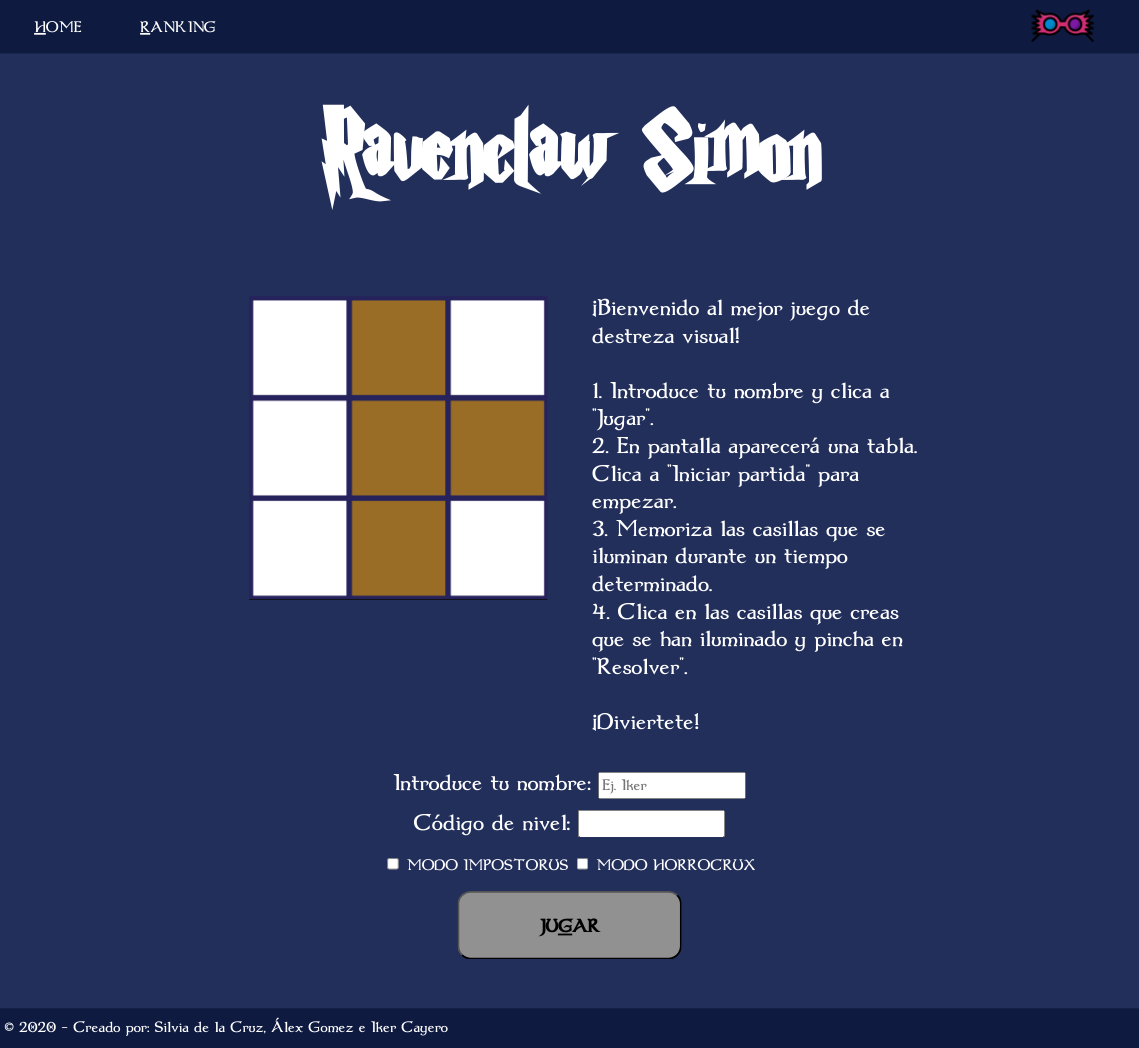
Repository: alexgomezdev/RavenclawSimon
Page: http://localhost/
These files come from the project's save history. The page is drawn as it stood at one moment and after the next save; the edit follows.
The browser window is 1280 px wide. The pictures show the whole page, at 89% of full size.
Some web libraries are served in a nearby version. The page is run by PHP 8.4 with error messages shown; the project is at /var/www/html/.

Above is the page before, as saved 2020-11-10 19:56:25.

### index.php
<!DOCTYPE html>
<html>
<?php
session_start();
?>
<head>
    <meta charset="UTF-8">
    <meta name="viewport" content="width=device-width, initial-scale=1.0">
    <title>Ravenclaw Simon</title>
    <link rel="stylesheet" href="templates/general.css">
    <link rel="stylesheet" href="templates/index.css">
    <script src="https://kit.fontawesome.com/74ec47558a.js" crossorigin="anonymous"></script>
    <audio id="start" src="templates/assets/audio/Harry potter.mp3" autoplay></audio>
    <script src="js/colorblind_home.js"></script>
</head>
<body id="body" <?php if (isset($_SESSION['colorblind-data']) && $_SESSION['colorblind-data'] == "True") {
            echo "class = 'body-blindcolor'";
        } else {
            echo "class = 'body'";
        } ?>>
    <header id="header" <?php if (isset($_SESSION['colorblind-data']) && $_SESSION['colorblind-data'] == "True") {
            echo "class = 'header-blindcolor'";
        } else {
            echo "class = 'header'";
        } ?>>
        <div id="home_link_div">
            <a href="index.php" id="home_link" accesskey="h"><underline class='accesskey'>H</underline>OME</a>
        </div>
        <div id="ranking_link_div">
            <a href="ranking.php" id="ranking_link" accesskey="r"><underline class='accesskey'>R</underline>ANKING</a>
        </div>
        <div class="colorblind_button_div" title="MODO DALTÓNICO" onclick="click_colorblind()">
            <img src="templates/assets/icono_daltonico.png" alt="Modo daltónico" id="colorblind_icon">
        </div>
    </header>
    <main>
        <div id="title">
            <h1>Ravenclaw Simon</h1>
        </div>
        <div class="container">
            <div id="img_home_div">
                <img src="templates/assets/home_img.png" alt="Simon Game">
            </div>
            <div id="manual">
                <p id="manual_paragraph">
                    ¡Bienvenido al mejor juego de destreza visual!
                    <br>
                    <br>
                    1. Introduce tu nombre y clica a "Jugar".
                    <br>
                    2. En pantalla aparecerá una tabla. Clica a "Iniciar partida" para empezar.
                    <br>
                    3. Memoriza las casillas que se iluminan durante un tiempo determinado.
                    <br>
                    4. Clica en las casillas que creas que se han iluminado y pincha en "Resolver".
                    <br>
                    <br>
                    ¡Diviertete!
                </p>
            </div>
        </div>
        <form method="POST" action="start.php">
            <div id="name_introduction">
                <?php
                if (isset($_SESSION['user'])) {
                    echo "<label for='username'>Introduce tu nombre: </label><input type='text' id='username' name='username' placeholder='Ej. Iker' value='" . $_SESSION['user'] . "' required oninvalid='this.setCustomValidity(\"Introduce un nombre\")' onchange='this.setCustomValidity(\"\")'>";
                } else {
                    echo '<label for="username">Introduce tu nombre: </label><input type="text" id="username" name="username" placeholder="Ej. Iker" required oninvalid="this.setCustomValidity(\'Introduce un nombre\')" onchange="this.setCustomValidity(\'\')">';
                }
                ?>
            </div>
            <input type="hidden" id="colorblind_data" name="colorblind_data" value="False">
            <div id="level_introduction">
                <label for="username">Código de nivel: </label><input type="text" id="level" name="level" />
            </div>
            <div id="games_type">
                <input type="checkbox" class="checkbox" id="lier" name="lier">
                <label for="lier" title="Modo mentiroso">MODO IMPOSTORUS</label>
                <input type="checkbox" class="checkbox" id="survive" name="survive">
                <label for="survive" title="Modo supervivencia">MODO HORROCRUX</label>
            </div>
            <div id="button_div">
                <button id="button_play" accesskey="g">
                    <h3>JU<underline class='accesskey'>G</underline>AR</h3>
                </button>
            </div>
        </form>
    </main>
    <footer id="footer" <?php if (isset($_SESSION['colorblind-data']) && $_SESSION['colorblind-data'] == "True") {
            echo "class = 'footer-blindcolor'";
        } else {
            echo "class = 'footer'";
        } ?>>
        <div id="footer_content">
            &#0169 2020 - Creado por: Silvia de la Cruz, Álex Gomez e Iker Cayero
        </div>
    </footer>
</body>
</html>

### templates/general.css
@font-face {
  font-family: "Harry_Potter";
  src: url("../templates/typography/HARRYP.TTF") format("truetype");
}

@font-face {
  font-family: "Dumbledore";
  src: url("../templates/typography/dumbledor.1.ttf") format("truetype");
}

html {
  min-height: 100%;
  position: relative;
}

body {
  font-family: "Dumbledore";
  background-color: #222f5b;
}

.body-blindcolor {
  background-color: #6c1ab2;
}

header {
  background-color: #0e1a40;
  top: 0;
  left: 0;
  position: fixed;
  width: 100%;
  height: 60px;
  display: flex;
}

.header-blindcolor {
  background-color: #2d044c;
}

#home_link_div {
  float: left;
  margin-left: 3%;
  padding-top: 9px;
  text-align: center;
  width: 10%;
  height: 100%;
  margin-right: none;
}

#home_link {
  display: flex;
  justify-content: center;
  align-items: center;
  color: #ffffff;
  font-size: 20px;
  text-decoration: none;
  width: min-content;
  height: 70%;
}

.colorblind_button_div {
  float: right;
  margin-right: 4%;
  width: 20%;
  text-align: center;
  height: 100%;
}

#colorblind_icon {
  float: right;
  justify-content: center;
  color: #ffffff;
  font-size: 20px;
  text-decoration: none;
  padding-top: 11px;
  height: 60%;
  cursor: pointer;
}

#title {
  color: #ffffff;
  font-family: "Harry_Potter";
  font-size: 60px;
  width: 100%;
  text-align: center;
  margin-top: 120px;
}

underline {
  text-decoration: underline;
}
main {
  width: 100%;
}

footer {
  color: #ffffff;
  background-color: #0e1a40;
  bottom: 0;
  left: 0;
  position: absolute;
  width: 100%;
  height: 3%;
  display: flex;
  padding-top: 10px;
  clear: both;
}

.footer-blindcolor {
  background-color: #2d044c;
}

#footer_content {
  margin-left: 5px;
  color: #ffffff;
  font-size: 20px;
  vertical-align: center;
  height: 60%;
}

### templates/index.css
#ranking_link_div {
  float: center;
  padding-top: 9px;
  text-align: center;
  width: 70%;
  height: 100%;
  margin-right: none;
}

#ranking_link {
  display: flex;
  align-items: center;
  color: #ffffff;
  font-size: 20px;
  text-decoration: none;
  height: 70%;
}

.container {
  display: flex;
  margin-top: 5%;
  margin-right: 15%;
  margin-bottom: 3%;
  width: 100%;
}

#img_home_div {
  padding-top: 1%;
  text-align: right;
  width: 48%;
  height: 100%;
  margin-right: 2%;
  float: left;
}

#img_home_blindcolor_div {
  padding-top: 1%;
  text-align: right;
  width: 48%;
  height: 100%;
  margin-right: 2%;
  display: none;
}

#manual {
  color: #ffffff;
  width: 30%;
  height: 100%;
  margin-left: 2%;
  font-size: 30px;
  float: left;
}

#manual_paragraph {
  margin-bottom: 0px;
  margin-top: 10px;
}

#button_div {
  margin-top: 20px;
  margin-bottom: 100px;
  text-align: center;
  width: 100%;
}

#button_play {
  border-radius: 15px;
  background-color: #919191;
  font-family: "Dumbledore";
  font-size: 20px;
  width: 20%;
  height: 100%;
}

#button_play:hover {
  color: #5d5d5d;
  background-color: #ffffff;
}

#name_introduction {
  font-size: 30px;
  text-align: center;
  width: 100%;
  color: #ffffff;
}

#username {
  height: 25px;
  font-family: "Dumbledore";
  font-size: 20px;
}

#games_type {
  font-size: 20px;
  color: #ffffff;
  margin-top: 20px;
  text-align: center;
}

#level_introduction {
  font-size: 30px;
  text-align: center;
  width: 100%;
  color: #ffffff;
}

#level {
  margin-top: 1%;
  height: 25px;
  font-family: "Dumbledore";
  font-size: 20px;
}

.audio {
  display: flex;
  justify-content: center;
  align-items: center;
  margin-left: 70%;
}

i {
  color: white;
  font-size: 25px;
}

@media (max-width: 800px) {
  #img_home_div {
    width: 100%;
  }
  #manual {
    width: 100%;
  }
}

Loaded but not shown: js/colorblind_home.js (no copy from this time; the picture is the same without it)

After the next save:
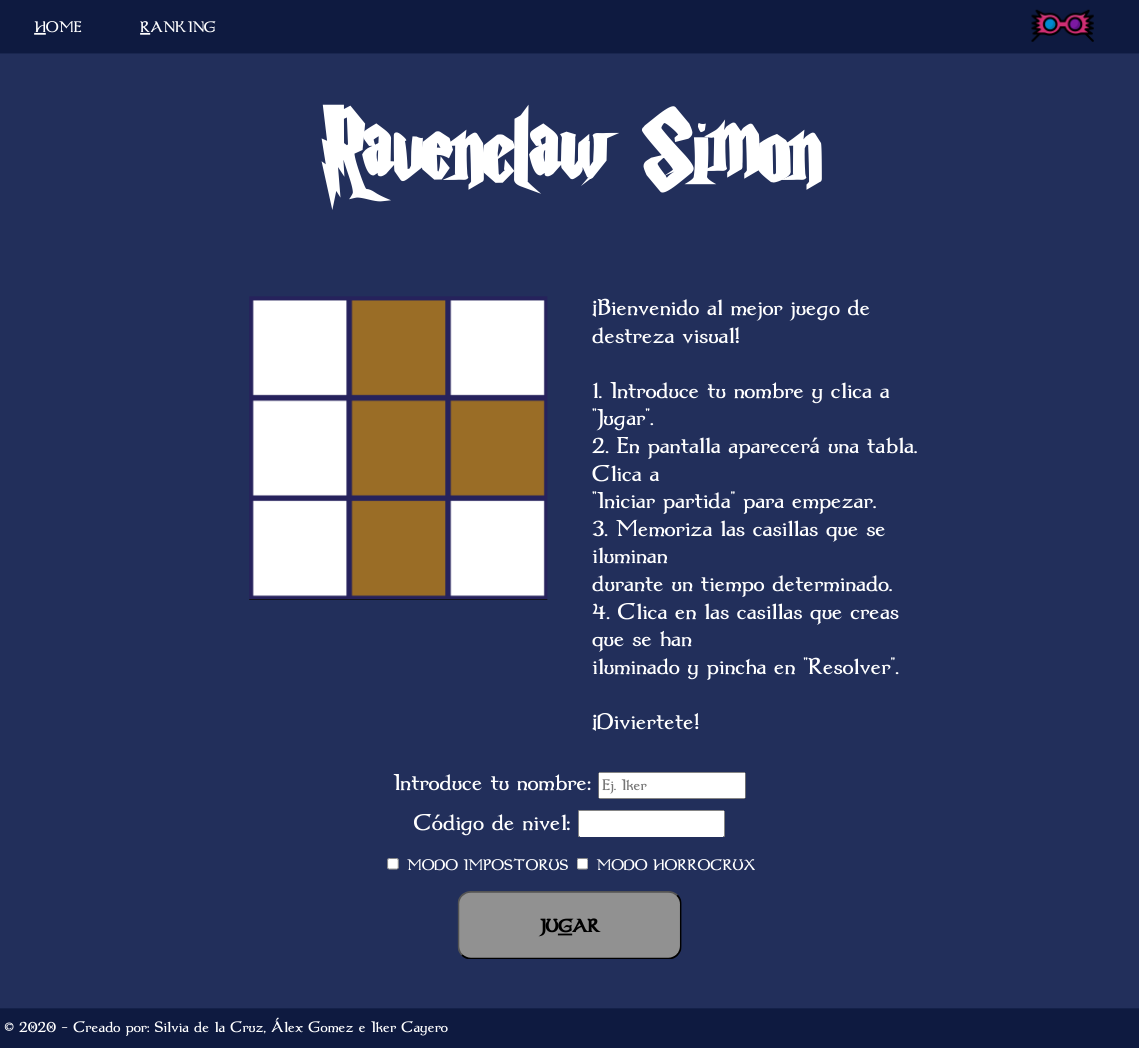
Saved 2 min 37 s later.
--- a/index.php
+++ b/index.php
@@ -48,11 +48,11 @@
                     <br>
                     1. Introduce tu nombre y clica a "Jugar".
                     <br>
-                    2. En pantalla aparecerá una tabla. Clica a "Iniciar partida" para empezar.
+                    2. En pantalla aparecerá una tabla. Clica a <br>"Iniciar partida" para empezar.
                     <br>
-                    3. Memoriza las casillas que se iluminan durante un tiempo determinado.
+                    3. Memoriza las casillas que se iluminan <br>durante un tiempo determinado.
                     <br>
-                    4. Clica en las casillas que creas que se han iluminado y pincha en "Resolver".
+                    4. Clica en las casillas que creas que se han <br>iluminado y pincha en "Resolver".
                     <br>
                     <br>
                     ¡Diviertete!
